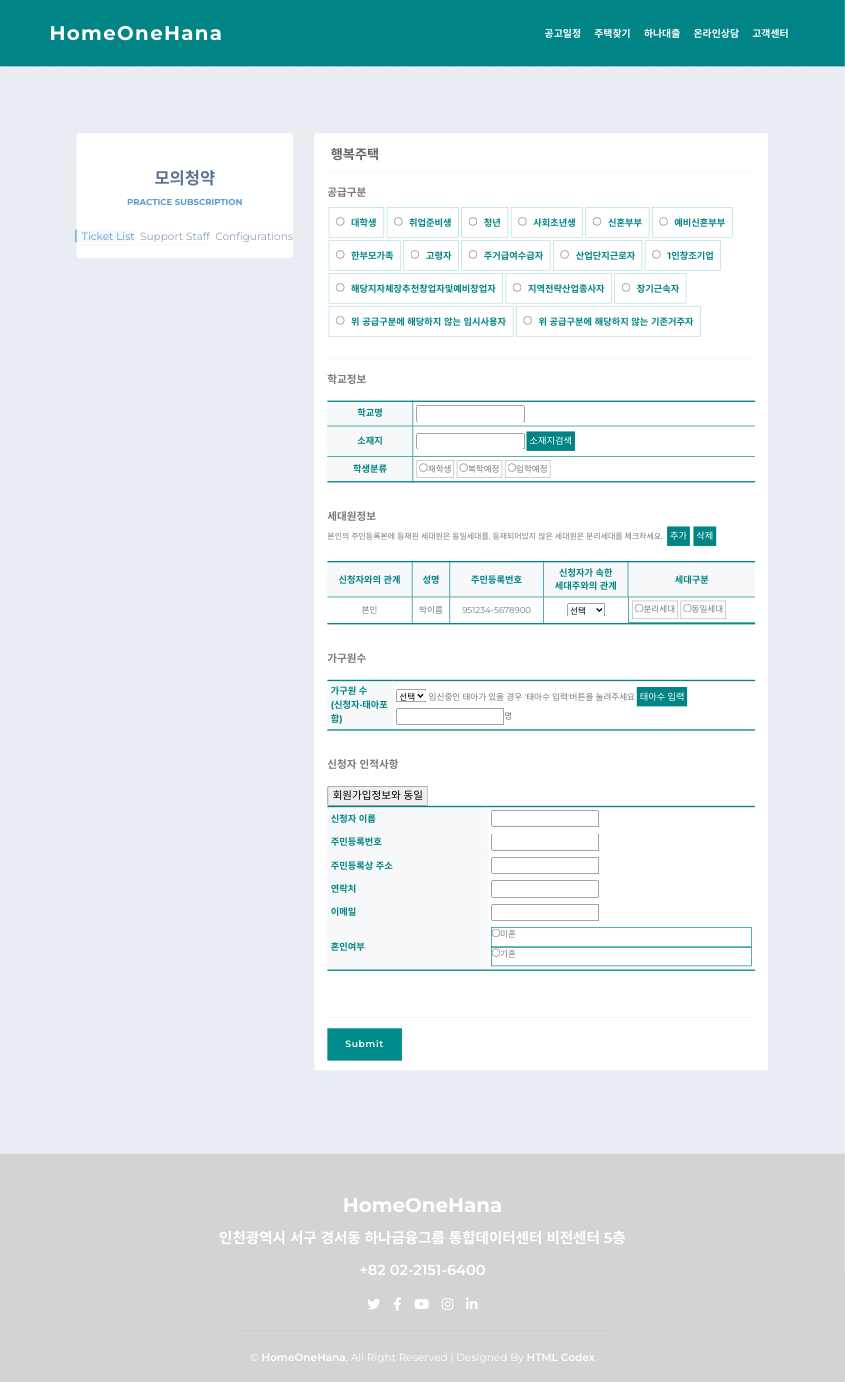
Repository: koposoftware/2021_10_syyoon
Page: http://localhost/HomeOneHana/WEB-INF/jsp/subscription/subscription.jsp
The author's editor kept a copy of each file at every save. The page is drawn from the files as they stood at one save, then again after the next save.
The browser window is 1280 px wide. The pictures show the whole page, at 66% of full size.
Some icons come from a web library that is not loaded, so they are not drawn. Some web libraries are served in a nearby version. The page is served by Tomcat 9. Nobody is signed in. The template is opened directly, without the code that normally fills it, so the values that code supplies are empty.

Above is the page before, as saved 2021-09-15 12:01:07.

After the next save:
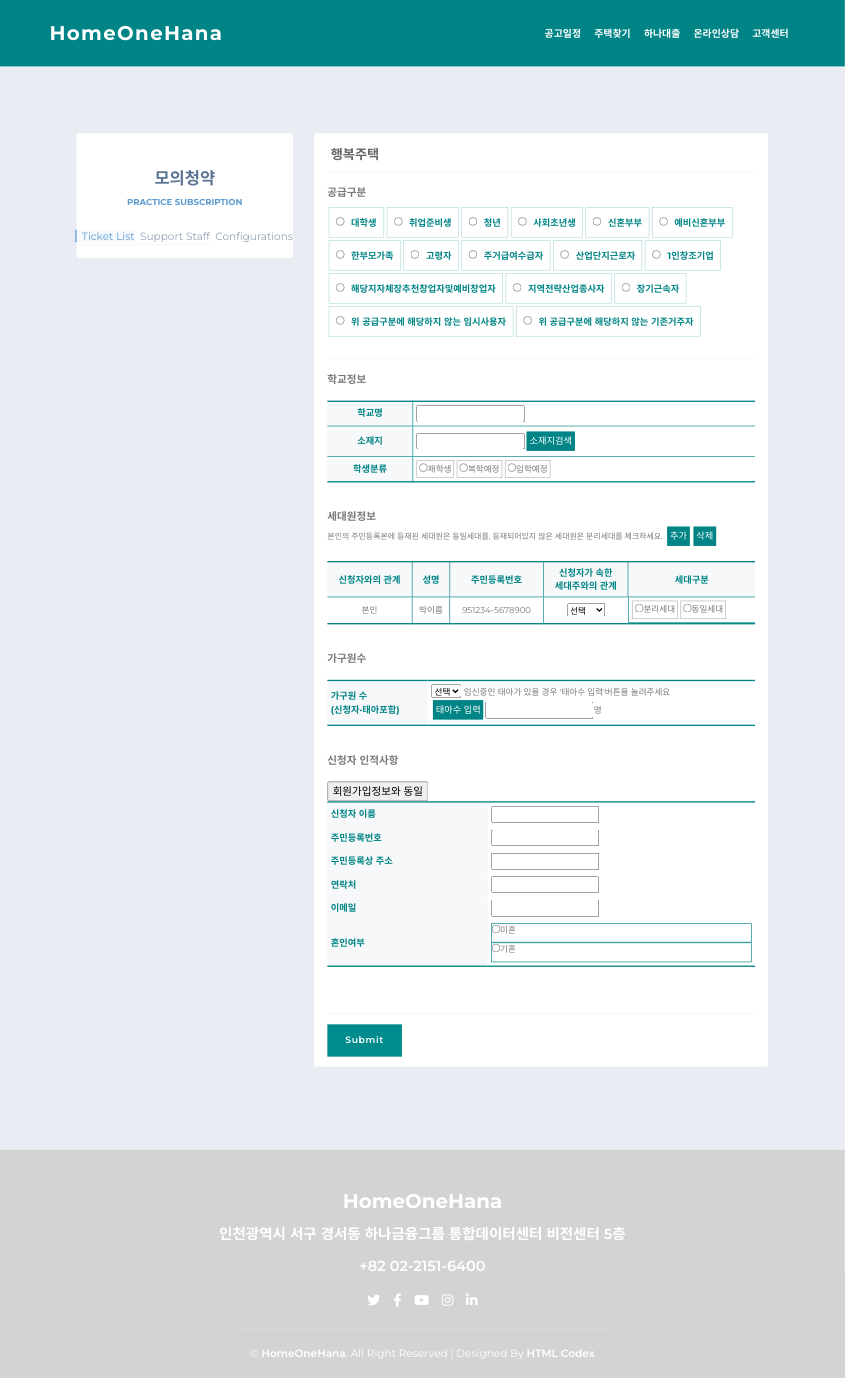
Saved 9 min 24 s later.
--- a/project/Spring-mvc/HomeOneHana/src/main/webapp/WEB-INF/jsp/subscription/subscription.jsp
+++ b/project/Spring-mvc/HomeOneHana/src/main/webapp/WEB-INF/jsp/subscription/subscription.jsp
@@ -172,7 +172,8 @@
 			                                							<option>3</option>
 			                                							<option>4</option>
 			                                						</select>
-			                                						임신중인 태아가 있을 경우 '태아수 입력'버튼을 눌려주세요<input type="button" class="detailbtn" value="태아수 입력"><input type="text">명
+			                                						임신중인 태아가 있을 경우 '태아수 입력'버튼을 눌려주세요
+			                                						<div><input type="button" class="detailbtn" value="태아수 입력"><input type="text">명</div>
 			                                					</td>
 				                                			</tr>
 				                                		</table>
